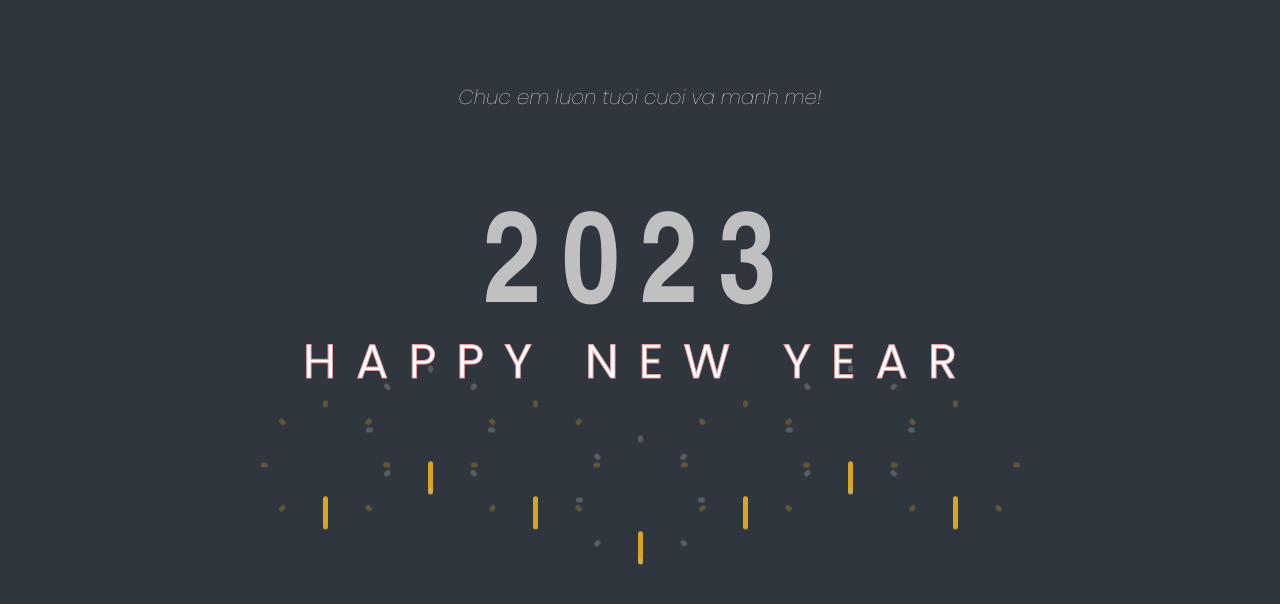
Repository: northpx/happyNY
Page: index.html
The author's editor kept a copy of each file at every save. The page is drawn from the files as they stood at one save, then again after the next save.
The browser window is 1280 px wide. The pictures show the whole page.

Above is the page before, as saved 2022-12-31 13:26:27.

### index.html
<!DOCTYPE html>
<html lang="en">
<head>
    <meta charset="UTF-8">
    <meta http-equiv="X-UA-Compatible" content="IE=edge">
    <meta name="viewport" content="width=device-width, initial-scale=1.0">
    <link rel="stylesheet" href="style.css">
    <title>Hour</title>
</head>
<body>
    <div class="newYear">
        <p>Chuc em luon tuoi cuoi va manh me!</p>
        <h1>2023<br><span>HAPPY NEW YEAR</span></h1>
        <div class="fireworks">
            <div class="firework">
              <div class="explosion">
                <div class="spark gold"></div>
              </div>
              <div class="explosion">
                <div class="spark gold"></div>
              </div>
              <div class="explosion">
                <div class="spark gold"></div>
              </div>
              <div class="explosion">
                <div class="spark gold"></div>
              </div>
              <div class="explosion">
                <div class="spark gold"></div>
              </div>
              <div class="explosion">
                <div class="spark gold"></div>
              </div>
              <div class="explosion">
                <div class="spark gold"></div>
              </div>
              <div class="explosion">
                <div class="spark gold"></div>
              </div>
            </div>
            <div class="firework" style="margin-top: -70px">
              <div class="explosion">
                <div class="spark silver"></div>
              </div>
              <div class="explosion">
                <div class="spark silver"></div>
              </div>
              <div class="explosion">
                <div class="spark silver"></div>
              </div>
              <div class="explosion">
                <div class="spark silver"></div>
              </div>
              <div class="explosion">
                <div class="spark silver"></div>
              </div>
              <div class="explosion">
                <div class="spark silver"></div>
              </div>
              <div class="explosion">
                <div class="spark silver"></div>
              </div>
              <div class="explosion">
                <div class="spark silver"></div>
              </div>
            </div>
            <div class="firework">
              <div class="explosion">
                <div class="spark gold"></div>
              </div>
              <div class="explosion">
                <div class="spark gold"></div>
              </div>
              <div class="explosion">
                <div class="spark gold"></div>
              </div>
              <div class="explosion">
                <div class="spark gold"></div>
              </div>
              <div class="explosion">
                <div class="spark gold"></div>
              </div>
              <div class="explosion">
                <div class="spark gold"></div>
              </div>
              <div class="explosion">
                <div class="spark gold"></div>
              </div>
              <div class="explosion">
                <div class="spark gold"></div>
              </div>
            </div>
            <div class="firework" style="margin-top: 70px">
              <div class="explosion">
                <div class="spark silver"></div>
              </div>
              <div class="explosion">
                <div class="spark silver"></div>
              </div>
              <div class="explosion">
                <div class="spark silver"></div>
              </div>
              <div class="explosion">
                <div class="spark silver"></div>
              </div>
              <div class="explosion">
                <div class="spark silver"></div>
              </div>
              <div class="explosion">
                <div class="spark silver"></div>
              </div>
              <div class="explosion">
                <div class="spark silver"></div>
              </div>
              <div class="explosion">
                <div class="spark silver"></div>
              </div>
            </div>
            <div class="firework">
              <div class="explosion">
                <div class="spark gold"></div>
              </div>
              <div class="explosion">
                <div class="spark gold"></div>
              </div>
              <div class="explosion">
                <div class="spark gold"></div>
              </div>
              <div class="explosion">
                <div class="spark gold"></div>
              </div>
              <div class="explosion">
                <div class="spark gold"></div>
              </div>
              <div class="explosion">
                <div class="spark gold"></div>
              </div>
              <div class="explosion">
                <div class="spark gold"></div>
              </div>
              <div class="explosion">
                <div class="spark gold"></div>
              </div>
            </div>
            <div class="firework" style="margin-top: -70px">
              <div class="explosion">
                <div class="spark silver"></div>
              </div>
              <div class="explosion">
                <div class="spark silver"></div>
              </div>
              <div class="explosion">
                <div class="spark silver"></div>
              </div>
              <div class="explosion">
                <div class="spark silver"></div>
              </div>
              <div class="explosion">
                <div class="spark silver"></div>
              </div>
              <div class="explosion">
                <div class="spark silver"></div>
              </div>
              <div class="explosion">
                <div class="spark silver"></div>
              </div>
              <div class="explosion">
                <div class="spark silver"></div>
              </div>
            </div>
            <div class="firework">
              <div class="explosion">
                <div class="spark gold"></div>
              </div>
              <div class="explosion">
                <div class="spark gold"></div>
              </div>
              <div class="explosion">
                <div class="spark gold"></div>
              </div>
              <div class="explosion">
                <div class="spark gold"></div>
              </div>
              <div class="explosion">
                <div class="spark gold"></div>
              </div>
              <div class="explosion">
                <div class="spark gold"></div>
              </div>
              <div class="explosion">
                <div class="spark gold"></div>
              </div>
            </div>
          </div>
    </div>
    <div id="time">
        <div class="circle" style="--clr:#ffffff;">
            <div class="dots day_dot"></div>
            <svg>
                <circle cx="70" cy="70" r="70"></circle>
                <circle cx="70" cy="70" r="70" id="dd"></circle>
            </svg>
            <div id="days">00<br><span>DAYS</span></div>
        </div>
        <div class="circle" style="--clr:#ff2972;">
            <div class="dots hr_dot"></div>
            <svg>
                <circle cx="70" cy="70" r="70"></circle>
                <circle cx="70" cy="70" r="70" id="hh"></circle>
            </svg>
            <div id="hours">00<br><span>HOURS</span></div>
        </div>
        <div class="circle" style="--clr:#fee800;">
            <div class="dots min_dot"></div>
            <svg>
                <circle cx="70" cy="70" r="70"></circle>
                <circle cx="70" cy="70" r="70" id="mm"></circle>
            </svg>
            <div id="minutes">00<br><span>MINUTES</span></div>
        </div>
        <div class="circle" style="--clr:#04fc43;">
            <div class="dots sec_dot"></div>
            <svg>
                <circle cx="70" cy="70" r="70"></circle>
                <circle cx="70" cy="70" r="70" id="ss"></circle>
            </svg>
            <div id="seconds">00<br><span>SECONDS</span></div>
        </div>
    </div>

    <script>
        let days = document.getElementById("days")
        let hours = document.getElementById("hours")
        let minutes = document.getElementById("minutes")
        let seconds = document.getElementById("seconds")

        let dd = document.getElementById("dd")
        let hh = document.getElementById("hh")
        let mm = document.getElementById("mm")
        let ss = document.getElementById("ss")

        let day_dot = document.querySelector(".day_dot")
        let hr_dot = document.querySelector(".hr_dot")
        let min_dot = document.querySelector(".min_dot")
        let sec_dot = document.querySelector(".sec_dot")

        let endDate = '01/01/202 00:00:00'

        let x = setInterval(function(){
            let now = new Date(endDate).getTime();
            let countDown = new Date().getTime();
            let distance = now - countDown;

            let d = Math.floor(distance / (1000 * 60 * 60 *24))
            let h = Math.floor((distance % (1000 * 60 * 60 * 24)) / (1000 * 60 * 60))
            let m = Math.floor((distance % (1000 * 60 * 60)) / (1000 * 60))
            let s = Math.floor((distance % (1000 * 60)) / (1000))

            days.innerHTML = d + "<br><span>Days</span>"
            hours.innerHTML = h + "<br><span>Hours</span>"
            minutes.innerHTML = m + "<br><span>Minutes</span>"
            seconds.innerHTML = s + "<br><span>Seconds</span>"

            dd.style.strokeDashoffset = 440 - (440 * d) / 365
            hh.style.strokeDashoffset = 440 - (440 * h) / 24
            mm.style.strokeDashoffset = 440 - (440 * m) / 60
            ss.style.strokeDashoffset = 440 - (440 * s) / 60

            day_dot.style.transform = `rotateZ(${d * 0.9986}deg)`
            hr_dot.style.transform = `rotateZ(${h * 15}deg)`
            min_dot.style.transform = `rotateZ(${m * 6}deg)`
            sec_dot.style.transform = `rotateZ(${s * 6}deg)`

            if(distance < 0){
                clearInterval(x);
                document.getElementById("time").style.display = 'none';
                document.querySelector(".newYear").style.display = 'block';
            }
        });
    </script>
</body>
</html>

### style.css
@import url('https://fonts.googleapis.com/css2?family=Poppins:ital,wght@0,100;0,200;0,300;0,400;0,500;0,600;0,700;0,800;0,900;1,100;1,300;1,400;1,500;1,600;1,700;1,800;1,900&display=swap');

* {
    margin: 0;
    padding: 0;
    box-sizing: border-box;
    font-family: 'Poppins', sans-serif;
}

body {
    display: flex;
    justify-content: center;
    align-items: center;
    min-height: 100vh;
    background: #2f363e;
}

#time {
    display: flex;
    gap: 40px;
    color: #fff;
}

#time .circle {
    position: relative;
    width: 150px;
    height: 150px;
    display: flex;
    justify-content: center;
    align-items: center;
}

#time .circle svg {
    position: relative;
    width: 150px;
    height: 150px;
    transform: rotate(270deg);
}

#time .circle svg circle {
    width: 100%;
    height: 100%;
    fill: transparent;
    stroke: #191919;
    stroke-linecap: round;
    stroke-width: 4;
    transform: translate(5px, 5px);
}

#time .circle svg circle:nth-child(2) {
    stroke: var(--clr);
    stroke-dasharray: 440;
    stroke-dashoffset: 440;
}

#time div {
    position: absolute;
    text-align: center;
    font-weight: 500;
    font-size: 1.5em;
}


#time div span {
    position: absolute;
    transform: translateX(-50%) translateY(-10px);
    font-size: 0.30em;
    font-weight: 300;
    letter-spacing: 0.1em;
    text-transform: capitalize;
}

.dots {
    position: absolute;
    width: 100%;
    height: 100%;
    z-index: 10;
    display: flex;
    justify-content: center;
}

.dots::before {
    content: "";
    position: absolute;
    top: -3px;
    width: 15px;
    height: 15px;
    background: var(--clr);
    border-radius: 50%;
    box-shadow: 0 0 20px var(--clr),
        0 0 60px var(--clr);
}


h1 {
    text-align: center;
    color: #c0c0c0;
    position: relative;
    top: 100px;
    font-family: Arial Narrow, Arial, sans-serif;
    font-weight: bold;
    font-size: 1em;
    margin: 0;
    letter-spacing: 20px;

}

.newYear {
    font-size: 8em;
    font-weight: 500;
    color: #fff;
    text-align: center;
    line-height: 0.6em;
    display: none;
}

.newYear h1 span {
    font-size: 48px;
    font-weight: lighter;
    -webkit-text-fill-color: white;
    -webkit-text-stroke-width: 1px;
    -webkit-text-stroke-color: rgb(233, 155, 155);
}

.newYear p{
    font-size: 20px;
    font-weight: 200;
    font-style: italic;
}

.fireworks {
    height: 50vh;
    width: 100vw;
    display: flex;
    align-items: center;
    justify-content: center;
}

.fireworks .firework {
    position: relative;
    top: 0px;
    left: 0px;
    margin: 0px 50px;
}

.fireworks .firework:before {
    content: "";
    display: block;
    border-radius: 5px;
    background-color: #daa520;
    width: 5px;
    height: 0px;
    will-change: transform;
    transform: translateY(200px);
    animation: fireworkstart 3s ease-out infinite;
}

.fireworks .firework .explosion {
    position: absolute;
    top: 0;
    width: 5px;
    height: 20px;
    opacity: 0;
    transform-origin: top center;
    will-change: transform;
    animation: explosion 0.7s linear 3s infinite;
}

.fireworks .firework .explosion:nth-child(1) {
    transform: rotate(0deg);
}

.fireworks .firework .explosion:nth-child(2) {
    transform: rotate(90deg);
}

.fireworks .firework .explosion:nth-child(3) {
    transform: rotate(180deg);
}

.fireworks .firework .explosion:nth-child(4) {
    transform: rotate(-90deg);
}

.fireworks .firework .explosion:nth-child(5) {
    transform: rotate(45deg);
}

.fireworks .firework .explosion:nth-child(6) {
    transform: rotate(-45deg);
}

.fireworks .firework .explosion:nth-child(7) {
    transform: rotate(135deg);
}

.fireworks .firework .explosion:nth-child(8) {
    transform: rotate(225deg);
}

.fireworks .firework .explosion .spark {
    position: absolute;
    top: 0;
    width: 100%;
    height: 100%;
    border-radius: 5px;
    will-change: transform;
    animation: explosion2 0.7s ease-in-out 3s infinite;
}

.fireworks .firework .explosion .spark.silver {
    background-color: #c0c0c0;
}

.fireworks .firework .explosion .spark.gold {
    background-color: #daa520;
}

@keyframes fireworkstart {
    0% {
        height: 0px;
        transform: translateY(200px);
    }

    50% {
        height: 50px;
    }

    75% {
        height: 30px;
    }

    100% {
        height: 0;
        transform: translateY(0);
    }
}

@keyframes explosion {
    0% {
        height: 0px;
        opacity: 0;
    }

    50% {
        height: 25px;
        opacity: 1;
    }

    100% {
        height: 0px;
        opacity: 0;
    }
}

@keyframes explosion2 {
    0% {
        transform: translateY(0px);
    }

    50% {
        transform: translateY(5px);
    }

    75% {
        transform: translateY(50px);
    }

    100% {
        transform: translateY(70px);
    }
}

After the next save:
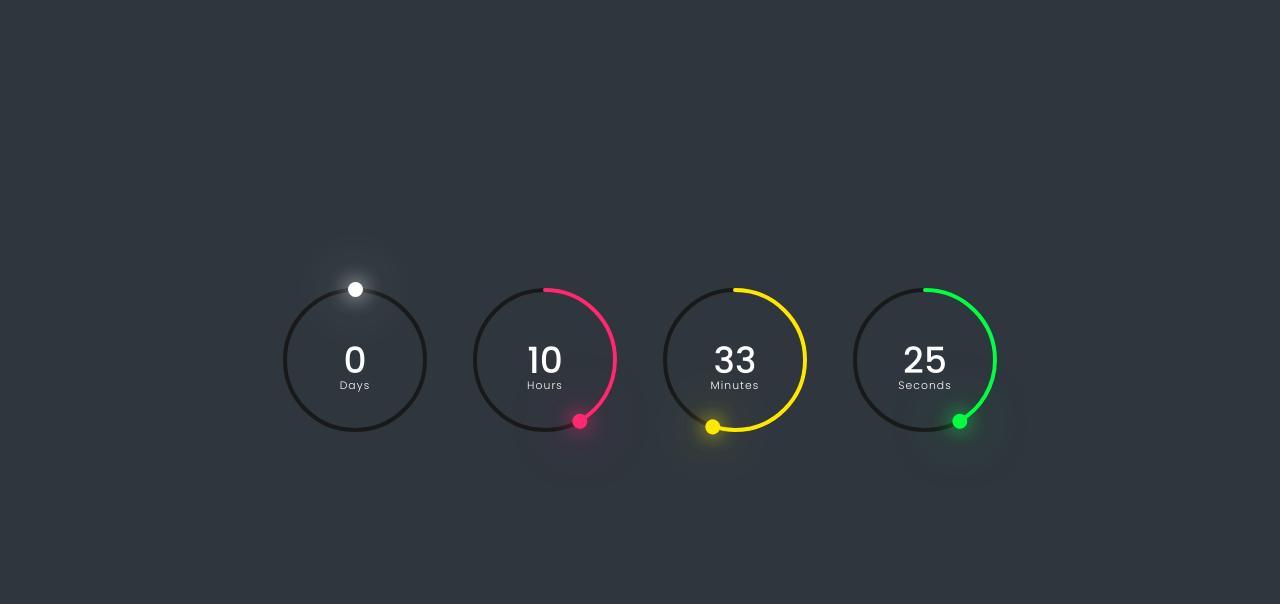
Saved 3 s later.
--- a/index.html
+++ b/index.html
@@ -244,7 +244,7 @@
         let min_dot = document.querySelector(".min_dot")
         let sec_dot = document.querySelector(".sec_dot")
 
-        let endDate = '01/01/202 00:00:00'
+        let endDate = '01/01/2023 00:00:00'
 
         let x = setInterval(function(){
             let now = new Date(endDate).getTime();

After the 3 saves that followed:
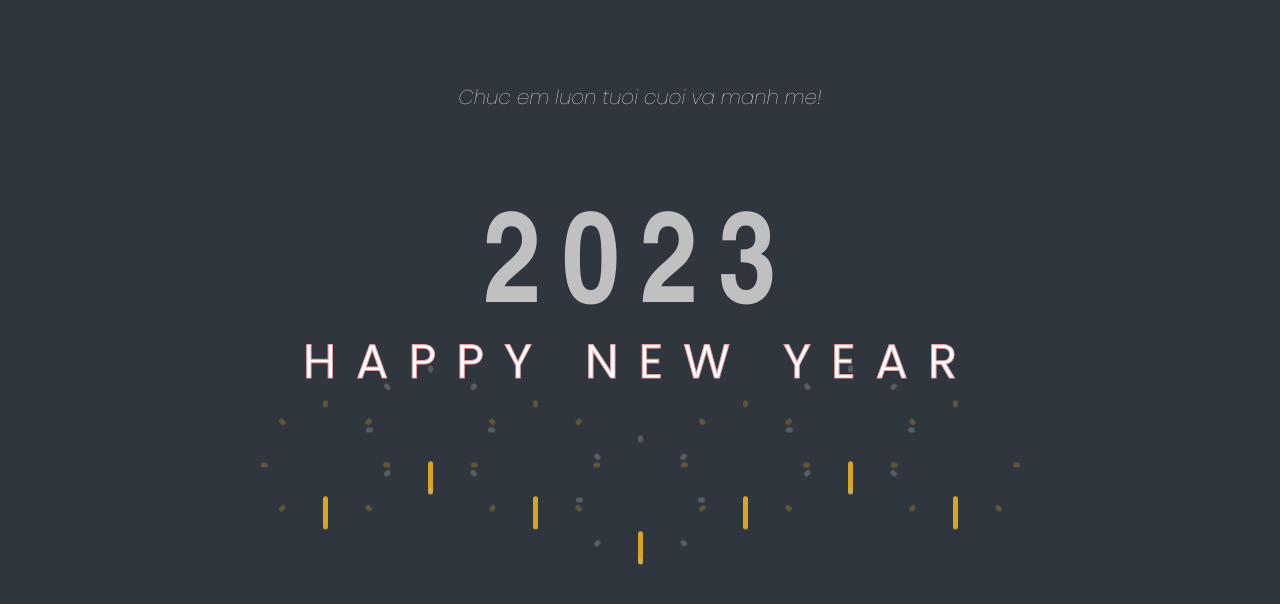
The 3 saves are shown as one change because they came seconds apart.
The last was saved 25 s later.
--- a/index.html
+++ b/index.html
@@ -244,7 +244,7 @@
         let min_dot = document.querySelector(".min_dot")
         let sec_dot = document.querySelector(".sec_dot")
 
-        let endDate = '01/01/2023 00:00:00'
+        let endDate = '12/31/2022 00:00:00'
 
         let x = setInterval(function(){
             let now = new Date(endDate).getTime();
